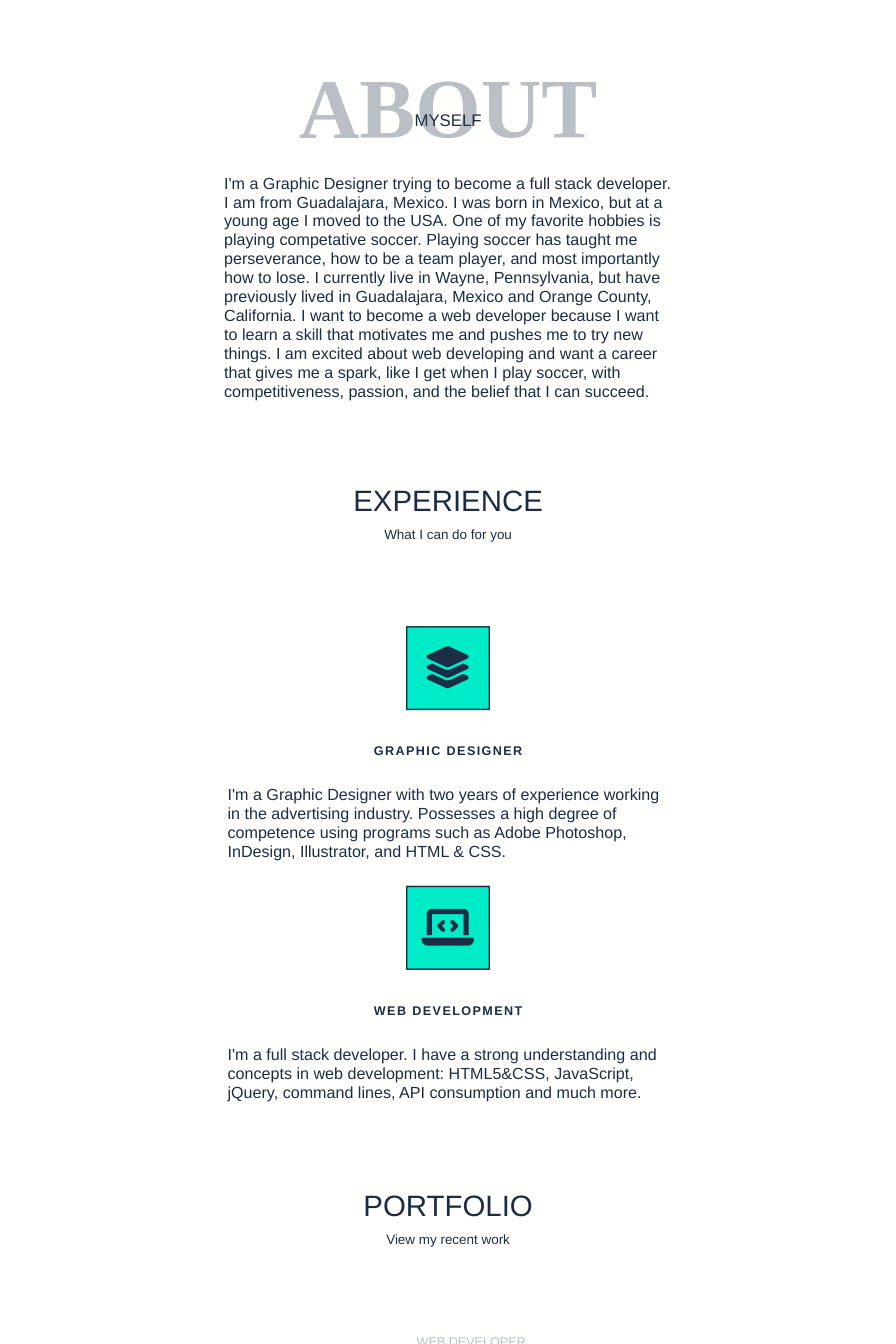
Repository: jb150524/JB-Portfolio
Page: index.html
These files come from the project's save history. The page is drawn as it stood at one moment and after the next save; the edit follows.
The browser window is 1280 px wide. The pictures show the part of the page from y = 659 to 2579 px (the page is 4265 px tall before and 3756 px after), at 70% of full size.
Some web libraries are served in a nearby version.

Above is the page before, as saved 2021-09-25 21:34:38.

### index.html
<!DOCTYPE html>
<!-- saved from url=(0053)file:///Users/jja/FullStack_HW/juanwebsite/index.html -->

    <html lang="en"><head><meta http-equiv="Content-Type" content="text/html; charset=UTF-8">

    <meta http-equiv="X-UA-Compatible" content="IE=edge">
    <meta name="viewport" content="width=device-width, initial-scale=1.0">

    <!-- CSS style sheet -->
    <link rel="stylesheet" href="style.css">

    <!-- adding icons  -->
    <script src="https://kit.fontawesome.com/11dfd97c40.js" crossorigin="anonymous"></script>

    <title>Juan's Portfolio</title>
    </head>

    <body>
      <header>
      <nav class="top-nav">
        <ul class="nav-list">
        <li>
        <a href="file:///Users/jja/FullStack_HW/juanwebsite/index.html">Home</a>
        <a href="file:///Users/jja/FullStack_HW/juanwebsite/index.html#about">About</a>
        <a href="file:///Users/jja/FullStack_HW/juanwebsite/index.html#portfolio">Portfolio</a>
        <a href="file:///Users/jja/FullStack_HW/juanwebsite/index.html#resume">Resume</a>
        <a href="file:///Users/jja/FullStack_HW/juanwebsite/index.html#contact">Contact</a>
        </li>
        </ul>
      </nav>

    <div class="main">
      <div class="landing-text">
        <h1>JuanByrne</h1>
        <h6>Graphic Designer and Full Stack Web Developer</h6>
      </div>
    </div>
    </header>

    <section class="about" id="about">
      <div class="container">
          <a class="about-details">
        <div class="about-heading">
          <h1>About</h1>
          <h6>Myself</h6>
        </div>
          <p>
          I'm a Graphic Designer trying to become a full stack developer. I am from Guadalajara, Mexico. I was born in Mexico, but at a young age I moved to the USA. One of my favorite hobbies is playing competative soccer. Playing soccer has taught me perseverance, how to be a team player, and most importantly how to lose. I currently live in Wayne, Pennsylvania, but have previously lived in Guadalajara, Mexico and Orange County, California. I want to become a web developer because I want to learn a skill that motivates me and pushes me to try new things. I am excited about web developing and want a career that gives me a spark, like I get when I play soccer, with competitiveness, passion, and the belief that I can succeed.
          </p>
          </a>
      </div>
    </section>

      <a class="about-details">
        <section class="experience" id="experience">
            <div class="container">
              <div class="section-heading">
                <h1>Experience</h1>
                <h6>What I can do for you</h6>
              </div>
          <div class="my-skills">
          <div class="skills" alt ="">
            <div class="icon-container">
              <i class="fas fa-layer-group"></i>
            </div>
            <h1>Graphic Designer</h1>
            <p>
            I'm a Graphic Designer with two years of experience working in the advertising industry. Possesses a high degree of competence using programs such as Adobe Photoshop, InDesign, Illustrator, and HTML & CSS.
            </p>
          </div>

        <div class="skills">
          <div class="icon-container">
            <i class="fas fa-laptop-code"></i>
          </div>
              <h1>Web Development</h1>
              <p>
              I'm a full stack developer. I have a strong understanding and concepts in web development: HTML5&CSS, JavaScript, jQuery, command lines, API consumption and much more.
              </p>
            </div>
          </div>
        </div>
      </section>
    </a>

      <section class="portfolio" id="portfolio"><a class="about-details"></a>
        <div class="container"><a class="about-details">
          <div class="section-heading">
            <h1>Portfolio</h1>
            <h6>View my recent work</h6>
            </a>
            </div>
          </div>
          <div class="portfolio-item"><a class="about-details">
            <div class="portfolio-img has-margin-right">
              <img src="images/MLB Site.png" alt="">
            </a>
            </div>
              <div class="portfolio-description"><a class="about-details">
              <h6>Web Developer</h6>
              <h1>MLB Group Project</h1>
              <p>
              Our MLB website was designed to give the user simple information of a certain team schedule of games. User selects team and all the games will appear on the screen.
              </p>
              </a>
            <a href="file:///Users/jja/FullStack_HW/juanwebsite/index.html#" class="cta"> View Details</a>
        </div>
      </div>
    <div>

     <div class="portfolio-item">
          <div class="portfolio-img has-margin-right">
            <img src="images/passGenerator.png" alt="">
            </div>
            <div class="portfolio-description">
            <h6>Javascript</h6>
            <h1>Password Generator</h1>
            <p>
            Designed an application that enables employees to generate random passwords based on criteria user selects. The programs used to creating the application were HTML&CSS and JavaScript
            </p>
            <a href="file:///Users/jja/FullStack_HW/juanwebsite/index.html#" class="cta"> View Details</a>
            </div>
        </div>

      <div>
          <div class="portfolio-item">
            <div class="portfolio-img has-margin-right">
              <img src="images/E-Commerce.png" alt="">
              </div>
              <div class="portfolio-description">
              <h6>ORM-E-Commerce</h6>
              <h1>E-Commerce</h1>
              <p>
              The task for this project was to build the backend data for a e-commerce site. Using express.js, MySQL database, and Insomnia I was able to get the information to show and see that the data was working properly.
              </p>
              <a href="file:///Users/jja/FullStack_HW/juanwebsite/index.html#" class="cta"> View Details</a>
            </div>
          </div>
      </div>
    </section>

    <section class="resume" id="resume">
      <div class="container">
        <div class="section-heading">
          <h1>Resume</h1>
          <h6>brief details</h6>
          <!-- <input type="button" value="Download!"> -->
          <a href="./images/FullStackDeveloper2021Resume.pdf" class="cta">Download Resume</a>
        </div>
      </div>

    <section class="contact" id="contact">
        <div class="container">
          <div class="section-heading">
          <h1>Contact Me</h1>
          <ul>
          <li>
          <h6>Let's work together</h6>
          <a href="https://www.linkedin.com/in/juan-byrne-43869ab7/">LinkedIn</a>
          <a href="https://github.com/jb150524">Github</a>
          <a href="file:///Users/jja/FullStack_HW/juanwebsite/juan1505@gmail.com">Gmail</a>
          </li>
          </ul>
        </div>
       </div>
    </section>

    <footer class="copyright">
      <p>© 2021 Juan Byrne</p>
    </footer>
  </section>


</body>
</html

### style.css
/* Start global*/

* {
    margin: 0;
    padding: 0;
    box-sizing: border-box;
}

html {
    font-size: 12px;
    font-family: Helvetica, sans-serif;
    /* color: rgb(255, 255, 255); */
}

body {
    width: 100%;
    height: 100%;
    background-color: #fffffe;
    background-size: cover;
}

section {
    padding: 60px 0;
}

h6 {
    color: #1b2d45;
    margin: 5px;
}

a {
    text-decoration: none;
    color: #1b2d45;
}

p {
   font-size: 23px;
   font-weight: 300;
   color: #1b2d45;
}



img {
    max-width: 100%;
    height: auto;
}

.main {
    padding: 16px;
    margin-top: 30px;
    height: 1500px; /* Used in this example to enable scrolling */
  }

/* Start reusable*/

.container {
    width: 50%;
    max-width: 120rem;
    height: 100%;
    margin: 0 auto;
    position: relative;
}

.container-details p {
    font-size: 200px;
    padding: 35px;
}

.section-heading {
    text-align: center;
    margin-bottom: 10rem;
}

.section-heading h1 {
    font-family: major mono display, Helvetica, sans-serif;
    font-size: 3.5rem;
    color: #1b2d45;
    text-transform: uppercase;
    font-weight: 300;
    position: relative;
    margin-bottom: 1rem;
}

.section-heading h1::before,
.section-heading h1::after {
    content: "";
    position: absolute;
    bottom: -.5rem;
    left: 50%;
    transform: translateX(-59%);
    background: color #fff8e8;
}

.section-heading h1::before {
    width: 10rem;
    height: 3px;
    border-radius: .8rem;
}

.section-heading h1::after {
    height: 1.5rem;
    border-radius: .100%;
    bottom: 1rem;
}

.section-heading h6 {
    font-size: 1.6rem;
    font-weight: 300;
    margin-bottom: 50px;
}

.has-margin-right {
    margin-right: 5rem;
}
/* End reusable*/

/* Start header*/
header {
    width: 100%;
    height: 100vh;
}

.nav-list {
    z-index: 2;
    top: 0;
    background:#00ebc7;
    overflow: hidden;
    font-size: 35px;
    font-family: major mono display;
    margin: 0;
    padding: 20px;
    position: fixed;
    list-style: none;
    width: 100%;
    display: flex;
    justify-content: center;
    align-items: flex-start;
    text-decoration: none;
}

li {
    margin: 0;
    list-style: none;
}

.nav-link {
    font-family: Arial, Helvetica, sans-serif;
    font-size: 15px;
    padding: 5px;
}

.nav-link:hover,
.nav-ink:focus {
    background: linear-gradient(to top, #5725b3, #9e91e9 );
    -webkit-background-clip: text;
    -webkit-text-fill-color: transparent;

}

.landing-text{
    position: absolute;
    top: 50%;
    left: 50%;
    transform: translate(-50%, -50%);
    width: 100%;
    text-align: center;
    z-index: 1;
}

.landing-text h1 {
    font-size: 150px;
    font-family: major mono display, Helvetica, sans-serif, Helvetica, sans-serif;
    background: linear-gradient(to top, #110202, #000000 );
    -webkit-background-clip: text;
    -webkit-text-fill-color: transparent;
    padding: 1rem;
    user-select: none;

}

.landing-text h6 {
    font-size: 2rem;
    font-weight: 300;
}
/* End header*/

.about .container {
    display: flex;
    align-items: center;
    justify-content: center;
}

.about-heading {
    text-align: center;
    text-transform: uppercase;
    line-height: 10px;
    margin-bottom: 6rem;
}

.about-heading h1 {
    font-size: 10rem;
    opacity: .3;
    font-family: major mono display;
}

.about-heading h6 {
    font-size: 2rem;
    font-weight: 300;
}

/* .about-container p {
   font-size: 50px;
} */

.profile-img {
    max-width: 100%;
    display: inline-block;
}

/* Start services*/

.my-skills {
    display: grid;
    /* grid-template-columns: repeat(auto-fit, min max(25rem, 1fr)); */
    grid-gap: 2.5rem;
    text-align: center;
}

.skills p {
    padding: 15px 5px 5px 5px;
    text-align: left;
}

.skills h1 {
    text-transform: uppercase;
    letter-spacing: 2px;
    margin: 2rem -2px 2rem 0;
}

.icon-container {
    width: 10rem;
    height: 10rem;
    border: 2px solid #1b2d45;
    background-color: #00ebc7;
    margin-bottom: 2rem;
    display: inline-block;
}

.icon-container .fas {
    margin: 27px -35px 0px -36px;
}

.icon-container i {
    color:#1b2d45;
    font-size: 5rem;
    margin: auto;
}
/* End services*/

/* Start portfolio*/

.portfolio-item {
    display: flex;
    align-items: end;
    justify-content: center;
    flex-direction: row;
    flex-wrap: wrap;
    align-content: stretch;
    margin-bottom: 50px;

}
.portfolio-img {
    width: 300px;
    height: 200px;
    background-size: 100%;
}

.portfolio-item:last-child {
    margin: 0;
}

.portfolio-description {
    flex: .5;
    color: #1b2d45;

}

.portfolio-description h1 {
    font-size: 3rem;
    font-weight: 300;
    margin: 1px 0;
    display: contents;
}

.portfolio-description h6 {
    font-size: 1.5rem;
    text-transform: uppercase;
    font-weight: 300;
    opacity: 0.3;
}

.portfolio-description .cta {
    display: inline-block;
    margin-top: 2.5rem;
    font-size: 1.5rem;
    text-transform: uppercase;
    color: #1b2d45;
    transition: color 650ms;
}

.portfolio-description .cta:hover {
    color: #2f67cd;
}
/* End portfolio*/


/*Star contact*/

.contact {
    background-color:#00ebc7;
}

.contact a {
    font-weight: bold;
    margin: 10px;
    margin-top: 20px;
    padding: 15px 0;
    text-align: center;
    font-size: 25px;
}

/*End contact*/

/*Star footer*/

.copyright {
    width: 100%;
    text-align: center;
    background-color:#ff5470;
    padding: 2rem 0;
    position: absolute;
    display: block;
}

/* .up {
    position: absolute;
    width: 5rem;
    height: 5rem;
    background-color: burlywood;
    top: -2.5rem;
    right: 5rem;
    border-radius: 100%;
    display: flex;
    animation: pulse 2s infinite;
    cursor: pointer;
}

.up i {
    color: navy;
    font-size: 2rem;
    margin: auto;
} */

.copyright p {
    font-size: 1.4rem;
}
/*End footer*/

/*Start Button animation*/

@keyframes pulse {
    0%{
        box-shadow: 0 0 0 0 rgba(253, 87, 191, 0.99);
    }
    70%{
        box-shadow: 0 0 0 2rem rgba(253, 87, 191, 0);
    }
    100%{
        box-shadow: 0 0 0 0 rgba(253, 87, 191, 0);
    }
}
/*End Button animation*/

/*Start media queries*/

@media screen and (max-width: 768px) {
    body {
        background-color: #fffffe;
        background-size: cover;
    }

    .landing-text h1 {
        font-size: 70px;
    }

    .landing-text h6 {
        font-size: 1.7rem;
    }

    .nav-list {
        font-size: 15px;
    }

    li {
        margin: 2rem 0;
    }

    .nav-ink {
        font-size: 4.5rem;
    }

    .about-heading {
        font-size: 15px;
    }

    .section-heading h1 {
        font-size: 3rem;
    }

    .about-details .nav-list {
        flex-direction: initial;
    }

    .about-details li {
        font-size: 10px;
        margin: 0 2rem;
    }

@media screen and (max-width: 600px) {

    .landing-text h1 {
        font-size: 8rem;
    }

    .landing-text h6 {
        font-size: 1.4rem;
    }

    .nav-link {
        font-size: 3.5rem;
    }

    .profile-img {
        margin-top: 0 0 7rem 0;
    }

    .portfolio-item {
        flex-direction: column;
    }

    .portfolio-img {
        margin: 0 0 2rem 0;
        order: 1;
    }

    .portfolio-description {
        margin: 0;
        order: 2;
    }

    form {
        width: 100%;
    }

    .up {
        right: 2rem;
    }
}
/*End media queries*/

After the next save:
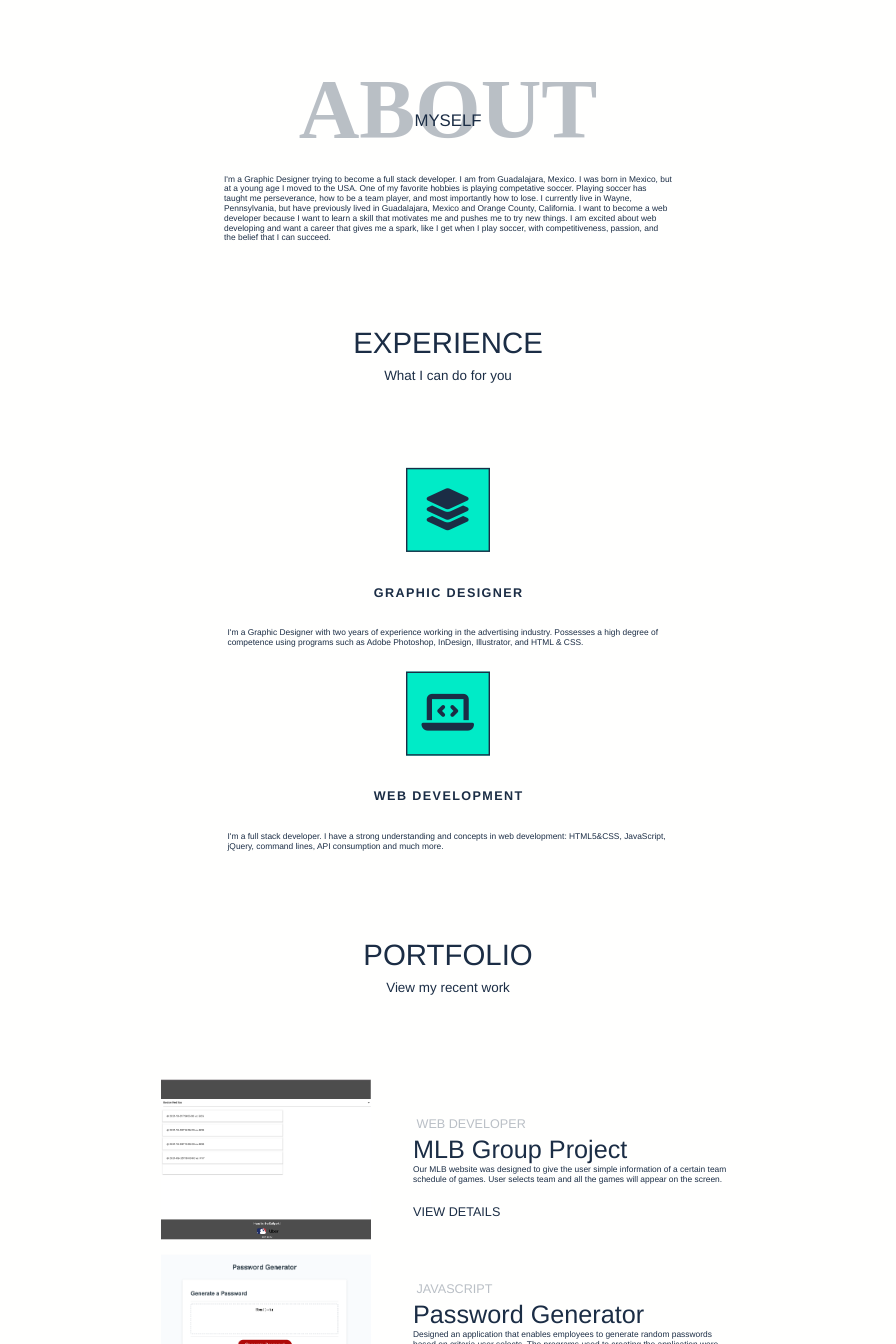
Saved 3 min 30 s later.
--- a/style.css
+++ b/style.css
@@ -33,6 +33,7 @@
     color: #1b2d45;
 }
 
+.
 p {
    font-size: 23px;
    font-weight: 300;

After the 3 saves that followed:
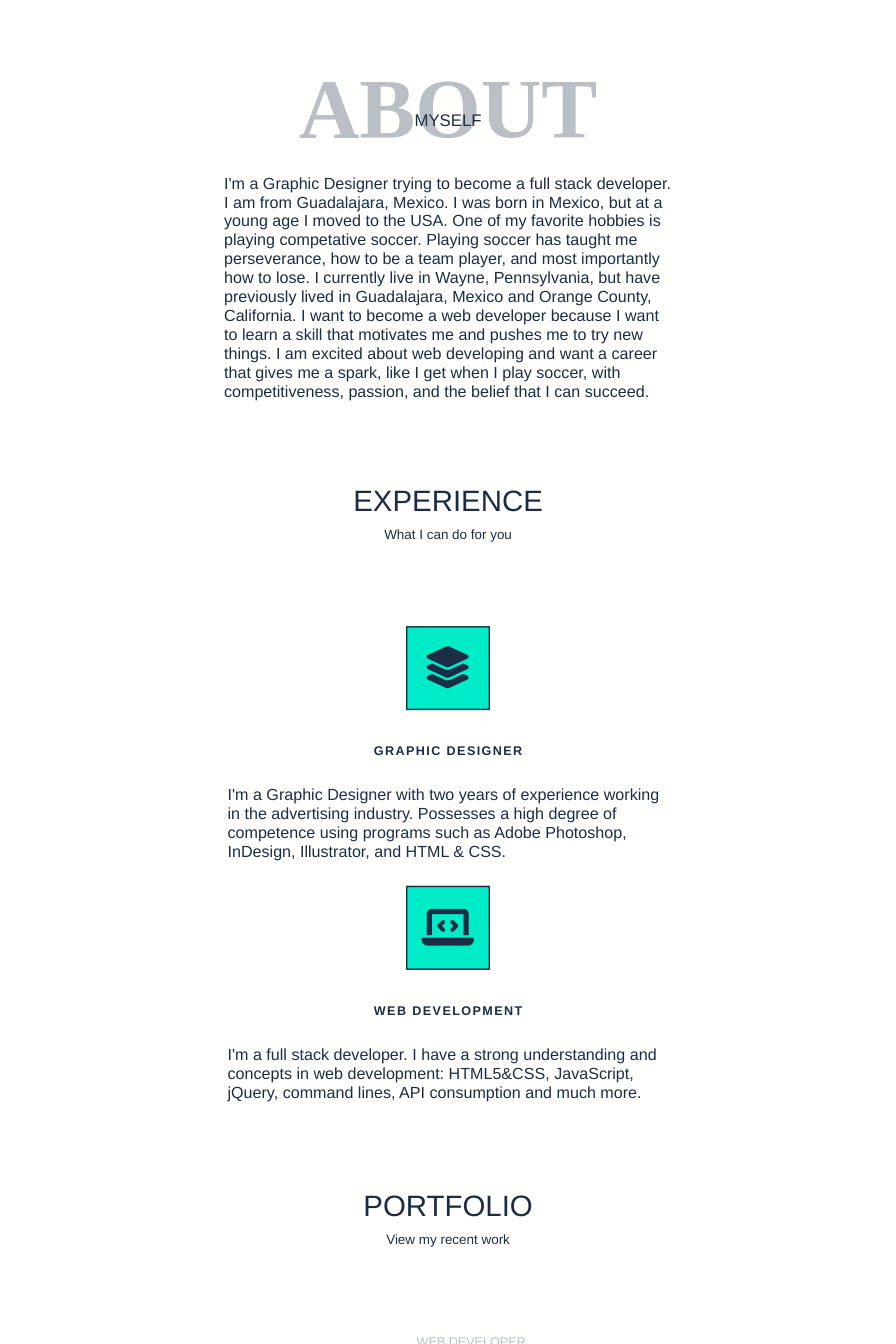
The 3 saves are shown as one change because they came seconds apart.
The last was saved 9 s later.
--- a/style.css
+++ b/style.css
@@ -33,7 +33,10 @@
     color: #1b2d45;
 }
 
-.
+.cta {
+
+}
+
 p {
    font-size: 23px;
    font-weight: 300;
